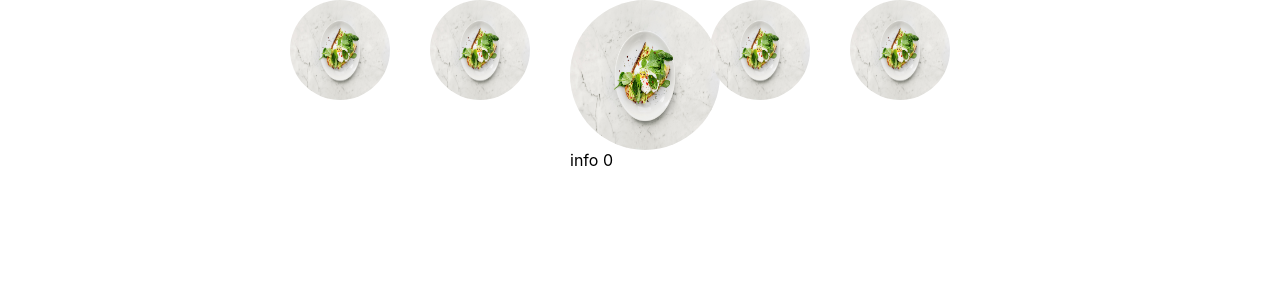
Repository: nambui98/slider
Page: /
An editor plug-in stored every save of this project. The page is shown before and after the next save, followed by the edit.
The browser window is 1280 px wide. The pictures show the whole page.
The project was rebuilt for these pictures with package versions that can differ from the ones it lists, and the page was loaded fresh each time. Also part of the build but not shown: vite.config.ts.

Above is the page before, as saved 2022-04-12 09:57:30.

After the next save:
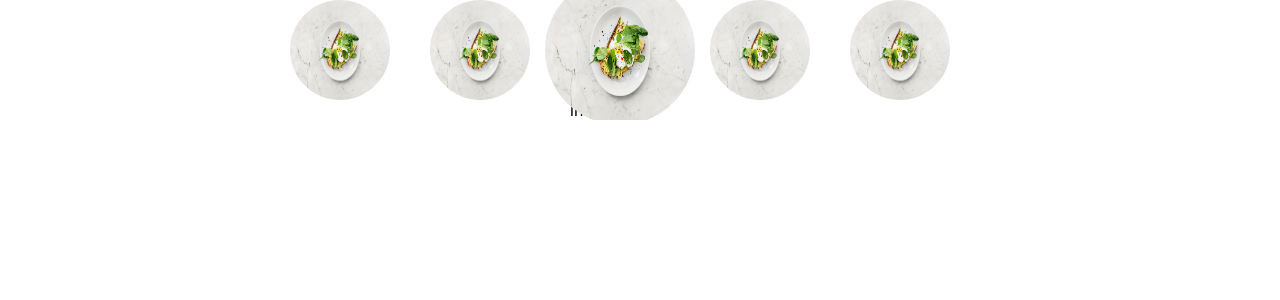
Saved 19 s later.
--- a/src/components/horizolslider/Horizolsider.tsx
+++ b/src/components/horizolslider/Horizolsider.tsx
@@ -25,10 +25,6 @@ const Item = styled.div`
     /* position: relative;
      */
     /* margin: 0 15px; */
-    /* display: flex;
-    flex-direction: column;
-    justify-content: center;
-    align-items */
     .info{
         visibility: hidden;
     }
@@ -40,9 +36,7 @@ const Item = styled.div`
     }
     &.active{
         img{
-            /* transform: scale(1.5) */
-              width: 150px;
-        height: 150px;
+            transform: scale(1.5)
         }
         .info{
             visibility: visible;
